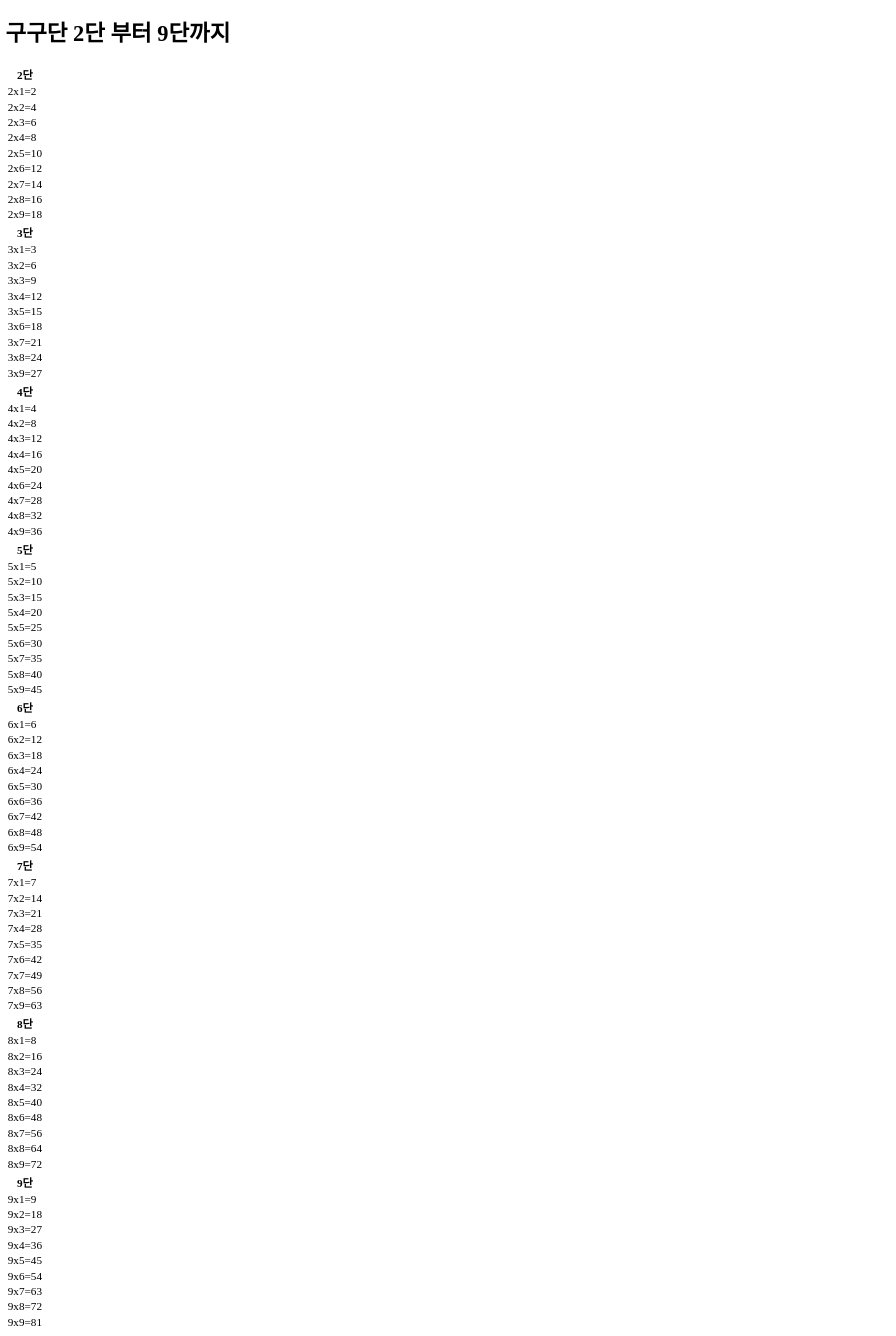
Repository: hyeongu135-ui/Jsp2026
Page: http://localhost/chapter01/test02.jsp
These files come from the project's save history. The page is drawn as it stood at one moment and after the next save; the edit follows.
The browser window is 1280 px wide. The pictures show the whole page, at 70% of full size.
The page is served by Tomcat 9.

Above is the page before, as saved 2026-10-16 04:19:38.

After the next save:
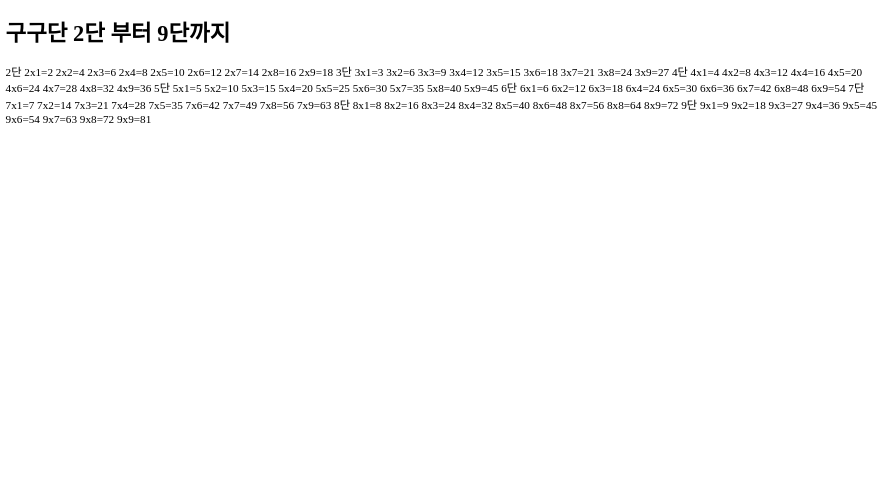
Saved 79 s later.
--- a/chapter01/src/main/webapp/test02.jsp
+++ b/chapter01/src/main/webapp/test02.jsp
@@ -10,17 +10,14 @@
 	<h1>구구단 2단 부터 9단까지</h1>
 	<table>
 		<tr>
-		<tr>
 			<%
 			for (int i = 2; i < 10; i++) {
 			%>
-
-		<th>
 			<%=
 			i + "단"
 			%>
-		</th>
-		</tr>
+
+
 
 
 		<%
@@ -28,7 +25,7 @@
 			int sum = (i * j);
 		%>
 
-			<td><%=i + "x" + j + "=" + sum%></td></tr>
+			<%=i + "x" + j + "=" + sum%>
 		<%
 		}
 		%></tr>
